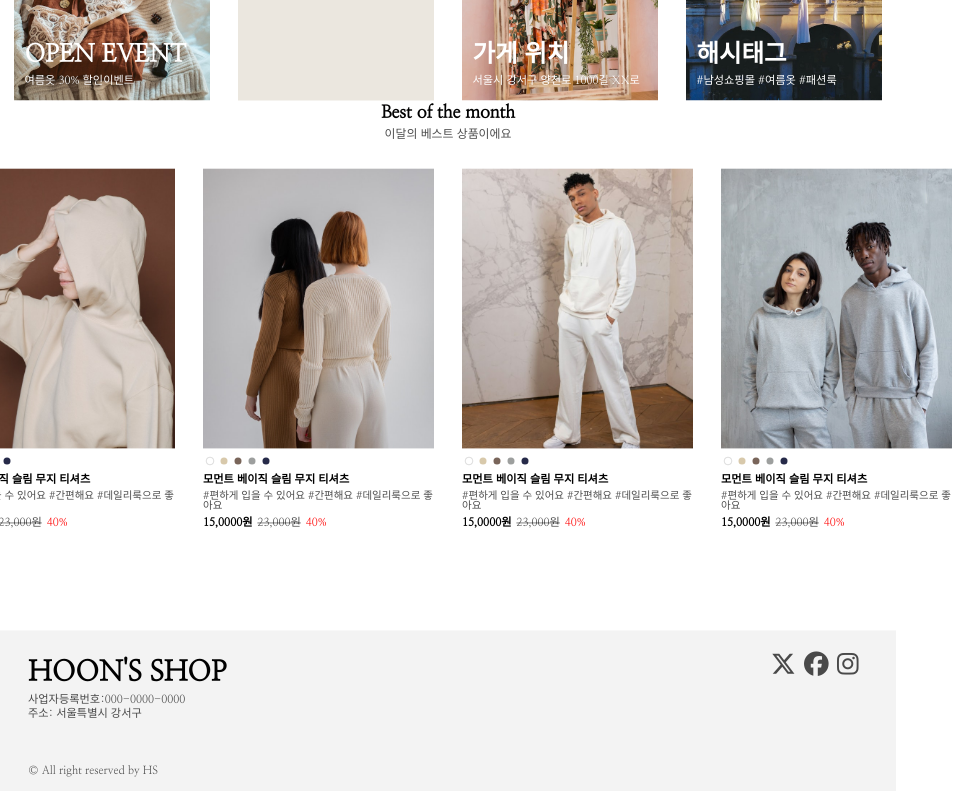
Repository: Iimchaehoon/cafeProject
Page: src/index.html
The author's editor kept a copy of each file at every save. The page is drawn from the files as they stood at one save, then again after the next save.
The browser window is 1280 px wide. The page is 1380 px wide, so the pictures cover 1380 px, including what lies to the right of the window. The pictures show the part of the page from y = 932 to 2692 px (the page is 2062 px tall before and 2692 px after), at 70% of full size.
Some web libraries are served in a nearby version.

Above is the page before, as saved 2024-07-29 21:28:35.

### src/index.html
<!DOCTYPE html>
<html lang="en">
  <head>
    <meta charset="UTF-8" />
    <meta name="viewport" content="width=device-width, initial-scale=1.0" />
    <link rel="shortcut icon" href="/assets/cafefav.png" type="image/x-icon" />
    <link rel="stylesheet" href="/src/css/pages/main.css" />
    <title>cafe24_clone</title>
    <script
      src="https://kit.fontawesome.com/1e606f2a97.js"
      crossorigin="anonymous"
    ></script>
  </head>
  <body>
    <!--header-->
    <header class="header">
      <div class="header__top">
        <nav class="header__nav-box">
          <ul class="header__list-box">
            <li class="header__content">BRAND</li>
            <li class="header__content">EVENT</li>
            <li class="header__content">LOOKBOOK</li>
            <li class="header__content">COMMUNITY</li>
          </ul>
        </nav>
        <h1 class="header__title">HOON'S SHOP</h1>
        <ul class="header__menu">
          <li class="header__content">
            <i class="fa-solid fa-magnifying-glass fa-lg"></i>
          </li>
          <li class="header__content header__content--badge-price">
            <div class="header__price-badge"><span>+2,000P</span></div>
            <a href="/login.html"><i class="fa-regular fa-user fa-lg"></i></a>
          </li>
          <li class="header__content header__content--badge-box">
            <div class="header__cart-badge"><span>2</span></div>
            <i class="fa-solid fa-cart-shopping fa-lg"></i>
          </li>
          <li class="header__content">
            <i class="fa-solid fa-bars fa-lg"></i>
          </li>
        </ul>
      </div>

      <div class="header__bottom">
        <ul class="header__category">
          <li class="header__content">BEST</li>
          <li class="header__content">NEW5%</li>
          <li class="header__content">1+1</li>
          <li class="header__content"><a href="/outer.html">OUTER</a></li>
          <li class="header__content">TOP</li>
          <li class="header__content">SHIRTS</li>
          <li class="header__content">DRESS</li>
          <li class="header__content">PANTS</li>
          <li class="header__content">ACC</li>
        </ul>
      </div>
    </header>
    <!-- main  -->
    <main class="main">
      <section class="main__slider">
        <h2 class="main__slider-title">MAN'S CLOTHES</h2>
        <span class="main__slider-btn"
          ><i class="fa-solid fa-chevron-left fa-xl"></i
        ></span>

        <div class="main__slider-container">
          <span class="main__slider-text">STYLE IN EVERY DAY</span>
          <div class="main__slider-image-container">
            <img
              class="main__slider-image"
              src="/assets/main-slider.jpg"
              alt="main-slider_img"
            />
          </div>
          <span class="main__slider-text">FOR SPRING SET-UP</span>
        </div>

        <span class="main__slider-btn"
          ><i class="fa-solid fa-chevron-right fa-xl"></i
        ></span>
        <div class="main__progress-bar">
          <div
            class="main__progress-bar-item main__progress-bar-item--visible"
          ></div>
          <div
            class="main__progress-bar-item main__progress-bar-item--invisible"
          ></div>
          <div
            class="main__progress-bar-item main__progress-bar-item--invisible"
          ></div>
        </div>
      </section>
    </main>
    <!-- section -->
    <section class="main__introduction">
      <div class="main__intro-container-img">
        <img class="main__intro-image" src="/assets/intro-01.jpg" alt="" />
        <div class="main__intro-text-container">
          <h2 class="main__intro-title">OPEN EVENT</h2>
          <span class="main__intro-description">여름옷 30% 할인이벤트</span>
        </div>
      </div>
      <div class="main__intro-container">
        <h2 class="main__intro-title main__intro-title-black">HOON'S SHOP</h2>
        <span class="main__intro-description main__intro-description-black"
          >남자들을 위한 최상의 브랜드샵</span
        >
      </div>
      <div class="main__intro-container-img">
        <img class="main__intro-image" src="/assets/intro-02.jpg" alt="" />

        <div class="main__intro-text-container">
          <h2 class="main__intro-title">가게 위치</h2>
          <span class="main__intro-description"
            >서울시 강서구 양천로 1000길 XX로</span
          >
        </div>
      </div>
      <div class="main__intro-container-img">
        <img class="main__intro-image" src="/assets/intro-03.jpg" alt="" />

        <div class="main__intro-text-container">
          <h2 class="main__intro-title">해시태그</h2>
          <span class="main__intro-description"
            >#남성쇼핑몰 #여름옷 #패션룩</span
          >
        </div>
      </div>
    </section>
    <!-- section2 -->
    <section class="main__product-list">
      <h3 class="main__product-list-title">Best of the month</h3>
      <span class="main__product-list-sub-title">이달의 베스트 상품이에요</span>
      <div class="main__product-list-sub-container">
        <article class="main__product-list-article">
          <div class="main__article-img-container">
            <img class="main__article-img" src="/assets/best-01.jpg" />
          </div>
          <div class="main__article-container">
            <div
              class="main__article-color-item main__article-color-item--01"
            ></div>
            <div
              class="main__article-color-item main__article-color-item--02"
            ></div>
            <div
              class="main__article-color-item main__article-color-item--03"
            ></div>
            <div
              class="main__article-color-item main__article-color-item--04"
            ></div>
            <div
              class="main__article-color-item main__article-color-item--05"
            ></div>
          </div>
          <div class="main__article-container">
            <h4 class="main__article-product-name">
              모먼트 베이직 슬림 무지 티셔츠
            </h4>
          </div>
          <div class="main__article-container">
            <span class="main__article-product-description">
              #편하게 입을 수 있어요 #간편해요 #데일리룩으로 좋아요
            </span>
          </div>
          <div class="main__article-container">
            <span class="main__article-total-price">15,0000원</span>
            <small class="main__article-previous-price">23,000원</small>
            <span class="main__article-discount-rate">40%</span>
          </div>
        </article>
        <article class="main__product-list-article">
          <div class="main__article-img-container">
            <img class="main__article-img" src="/assets/best-02.jpg" />
          </div>
          <div class="main__article-container">
            <div
              class="main__article-color-item main__article-color-item--01"
            ></div>
            <div
              class="main__article-color-item main__article-color-item--02"
            ></div>
            <div
              class="main__article-color-item main__article-color-item--03"
            ></div>
            <div
              class="main__article-color-item main__article-color-item--04"
            ></div>
            <div
              class="main__article-color-item main__article-color-item--05"
            ></div>
          </div>
          <div class="main__article-container">
            <h4 class="main__article-product-name">
              모먼트 베이직 슬림 무지 티셔츠
            </h4>
          </div>
          <div class="main__article-container">
            <span class="main__article-product-description">
              #편하게 입을 수 있어요 #간편해요 #데일리룩으로 좋아요
            </span>
          </div>
          <div class="main__article-container">
            <span class="main__article-total-price">15,0000원</span>
            <small class="main__article-previous-price">23,000원</small>
            <span class="main__article-discount-rate">40%</span>
          </div>
        </article>
        <article class="main__product-list-article">
          <div class="main__article-img-container">
            <img class="main__article-img" src="/assets/best-04.jpg" />
          </div>
          <div class="main__article-container">
            <div
              class="main__article-color-item main__article-color-item--01"
            ></div>
            <div
              class="main__article-color-item main__article-color-item--02"
            ></div>
            <div
              class="main__article-color-item main__article-color-item--03"
            ></div>
            <div
              class="main__article-color-item main__article-color-item--04"
            ></div>
            <div
              class="main__article-color-item main__article-color-item--05"
            ></div>
          </div>
          <div class="main__article-container">
            <h4 class="main__article-product-name">
              모먼트 베이직 슬림 무지 티셔츠
            </h4>
          </div>
          <div class="main__article-container">
            <span class="main__article-product-description">
              #편하게 입을 수 있어요 #간편해요 #데일리룩으로 좋아요
            </span>
          </div>
          <div class="main__article-container">
            <span class="main__article-total-price">15,0000원</span>
            <small class="main__article-previous-price">23,000원</small>
            <span class="main__article-discount-rate">40%</span>
          </div>
        </article>
        <article class="main__product-list-article">
          <div class="main__article-img-container">
            <img class="main__article-img" src="/assets/best-05.jpg" />
          </div>
          <div class="main__article-container">
            <div
              class="main__article-color-item main__article-color-item--01"
            ></div>
            <div
              class="main__article-color-item main__article-color-item--02"
            ></div>
            <div
              class="main__article-color-item main__article-color-item--03"
            ></div>
            <div
              class="main__article-color-item main__article-color-item--04"
            ></div>
            <div
              class="main__article-color-item main__article-color-item--05"
            ></div>
          </div>
          <div class="main__article-container">
            <h4 class="main__article-product-name">
              모먼트 베이직 슬림 무지 티셔츠
            </h4>
          </div>
          <div class="main__article-container">
            <span class="main__article-product-description">
              #편하게 입을 수 있어요 #간편해요 #데일리룩으로 좋아요
            </span>
          </div>
          <div class="main__article-container">
            <span class="main__article-total-price">15,0000원</span>
            <small class="main__article-previous-price">23,000원</small>
            <span class="main__article-discount-rate">40%</span>
          </div>
        </article>
      </div>
    </section>
    <!-- footer -->
    <footer class="footer">
      <div class="footer_sub-box">
        <span class="footer_title">HOON'S SHOP</span>
        <small class="footer_text">사업자등록번호:000-0000-0000</small>
        <small class="footer_text">주소: 서울특별시 강서구</small>
        <small class="footer_text footer_copy-right"
          >&copy; All right reserved by HS</small
        >
      </div>
      <div class="footer_sub-box footer__social-box">
        <span class="footer_text">
          <i class="fa-brands fa-x-twitter fa-2xl"></i>
        </span>
        <span class="footer_text">
          <i class="fa-brands fa-facebook fa-2xl"></i>
        </span>
        <span class="footer_text">
          <i class="fa-brands fa-instagram fa-2xl"></i>
        </span>
      </div>
    </footer>
  </body>
</html>

### src/css/pages/main.css
@import "../reset.css";
@import "../common.css";
@import "../components/header.css";
@import "../slider.css";
@import "../intro.css";
@import "../components/product-list.css";
@import "../components/footer.css";

### src/css/common.css
@import url("https://fonts.googleapis.com/css2?family=Nanum+Gothic&family=Nanum+Myeongjo&display=swap");
body {
  font-family: "Nanum Myeongjo", serif;
  margin: 0;
  padding: 0;
  box-sizing: border-box;
  padding-bottom: 300px;
  position: relative;
}
ul {
  margin: 0;
}

### src/css/components/header.css
.header {
  height: 20vh;
}
.header__top {
  display: flex;
  justify-content: space-between;
  padding: 20px;
  border-bottom: 1px solid rgba(0, 0, 0, 0.2);
}
.header__nav-box {
  width: 33%;
}
.header__title {
  width: 33%;
  font-size: 35px;
  font-weight: 550;
  text-align: center;
}

.header__list-box {
  display: flex;

  height: 100%;
  align-items: center;
}
.header__menu {
  display: flex;
  align-items: center;
  justify-content: flex-end;

  width: 33%;
}
.header__content {
  margin: 0 20px;
}
.header__content a {
  color: black;
  text-decoration: none;
}
.header__content a {
  color: black;
}
/* 아래헤더 */
.header__category {
  display: flex;
  justify-content: center;
  padding: 20px 0;
}
.header__cart-badge {
  background-color: black;
  display: flex;
  justify-content: center;
  align-items: center;
  border-radius: 100%;
  width: 13px;
  height: 13px;
  padding: 2px;
  position: absolute;
  top: -13px;
  right: -13px;
}
.header__content--badge-box {
  position: relative;
}
.header__cart-badge span {
  color: white;
}
.header__content--badge-price {
  position: relative;
}
.header__price-badge {
  background-color: #d5d3cd;
  color: white;
  display: flex;
  justify-content: center;
  align-items: center;
  font-size: 13px;
  border-radius: 5px;
  padding: 2px 4px;
  position: absolute;
  left: 50%;
  transform: translateX(-50%);
  bottom: -20px;
}

### src/css/slider.css
.main__slider {
  display: flex;
  justify-content: space-between;
  align-items: center;
  padding: 30px;
  background-color: #6b6a68;
  position: relative;
  height: 80vh;
  box-sizing: border-box;
}

.main__slider-btn {
  transform: scale(1.5);
  color: white;
}

.main__slider-text {
  color: white;
  font-size: 25px;
  text-shadow: 1px 1px 5px black;
}

.main__slider-container {
  display: flex;
  flex-direction: column;
  align-items: center;
}
.main__slider-image-container {
  width: 300px;
  height: 400px;

  border-top-left-radius: 50%;
  border-top-right-radius: 50%;

  overflow: hidden;
  margin: 15px 0;
}
.main__slider-image {
  width: 100%;
  height: 100%;
  object-fit: cover;
}
.main__slider-title {
  color: white;
  font-weight: 600;
  font-size: 60px;
  text-shadow: 1px 1px 3px black;
  position: absolute;
  top: 50%;
  left: 50%;
  transform: translate(-50%, -50%);
}
.main__progress-bar {
  width: 150px;
  height: 3px;

  position: absolute;
  bottom: 20px;
  left: 50%;
  transform: translateX(-50%);
  display: flex;
}
.main__progress-bar-item {
  height: 100%;
  background-color: white;
  margin: 0 2px;
}
.main__progress-bar-item--visible {
  width: 50%;
}
.main__progress-bar-item--invisible {
  width: 25%;
  opacity: 0.5;
}

### src/css/intro.css
.main__introduction {
  display: flex;
  justify-content: center;
  align-items: center;
  height: 50vh;
}
.main__intro-container-img,
.main__intro-container {
  width: 350px;
  height: 350px;
  overflow: hidden;
  margin: 0 20px;
}
.main__intro-container {
  display: flex;
  flex-direction: column;
  justify-content: center;
  align-items: center;
  background-color: #ebe7df;
}
.main__intro-image {
  width: 100%;
  height: 100%;
  object-fit: cover;
}

.main__intro-container-img {
  position: relative;
}
.main__intro-text-container {
  position: absolute;
  bottom: 20px;
  left: 15px;
}
.main__intro-title {
  color: white;
  font-size: 35px;
  font-weight: 600;
  margin-bottom: 12px;
}
.main__intro-description {
  color: white;
}
.main__intro-title-black {
  color: black;
}
.main__intro-description-black {
  color: black;
}

### src/css/components/product-list.css
.main__product-list {
  display: flex;
  flex-direction: column;
  align-items: center;
}
.main__product-list-title {
  font-size: 25px;
  font-weight: 600;
  margin-bottom: 10px;
}
.main__product-list-sub-title {
  font-size: 17px;
  color: rgba(0, 0, 0, 0.7);
}
.main__product-list-sub-container {
  display: flex;
  margin: 40px 0;
}
.main__product-list-article {
  width: 330px;
  height: 550px;
  overflow: hidden;
  margin: 0 20px;
}
.main__article-img-container {
  width: 100%;
  height: 400px;
}
.main__article-img {
  width: 100%;
  height: 100%;
  object-fit: cover;
}
.main__article-container {
  display: flex;
  margin: 8px 0;
}
.main__article-color-item {
  width: 10px;
  height: 10px;
  border-radius: 100%;

  margin: 5px;
}
.main__article-color-item--01 {
  outline: 1px solid rgba(0, 0, 0, 0.2);
}
.main__article-color-item--02 {
  background-color: #d8c9ab;
}
.main__article-color-item--03 {
  background-color: #79655a;
}
.main__article-color-item--04 {
  background-color: #9d9f9e;
}
.main__article-color-item--05 {
  background-color: #262a49;
}
.main__article-product-name {
  font-weight: 600;
}
.main__article-product-description {
  font-size: 15px;
  color: rgba(0, 0, 0, 0.7);
}
.main__article-total-price {
  font-weight: 600;
  margin-right: 7px;
}
.main__article-previous-price {
  color: rgba(0, 0, 0, 0.7);
  text-decoration: line-through;
  margin-right: 7px;
}
.main__article-discount-rate {
  color: red;
}

### src/css/components/footer.css
.footer {
  position: absolute;
  bottom: 0;
  height: 230px;
  width: 100%;
  background-color: #f1f1f1d6;
  display: flex;
}

.footer_sub-box {
  width: 50%;
  height: 100%;
  display: flex;
  flex-direction: column;
  padding: 40px;
  box-sizing: border-box;
}
.footer_copy-right {
  position: relative;
  bottom: -60px;
}

.footer_title {
  font-size: 40px;
  font-weight: 600;
  margin-bottom: 10px;
}
.footer_text {
  color: rgba(0, 0, 0, 0.7);
  margin-bottom: 5px;
}
.footer__social-box {
  flex-direction: row;
  justify-content: flex-end;
}
.footer_text i {
  transform: scale(1.1);
  margin-right: 15px;
}

Loaded but not shown: src/css/reset.css (common file)

After the next save:
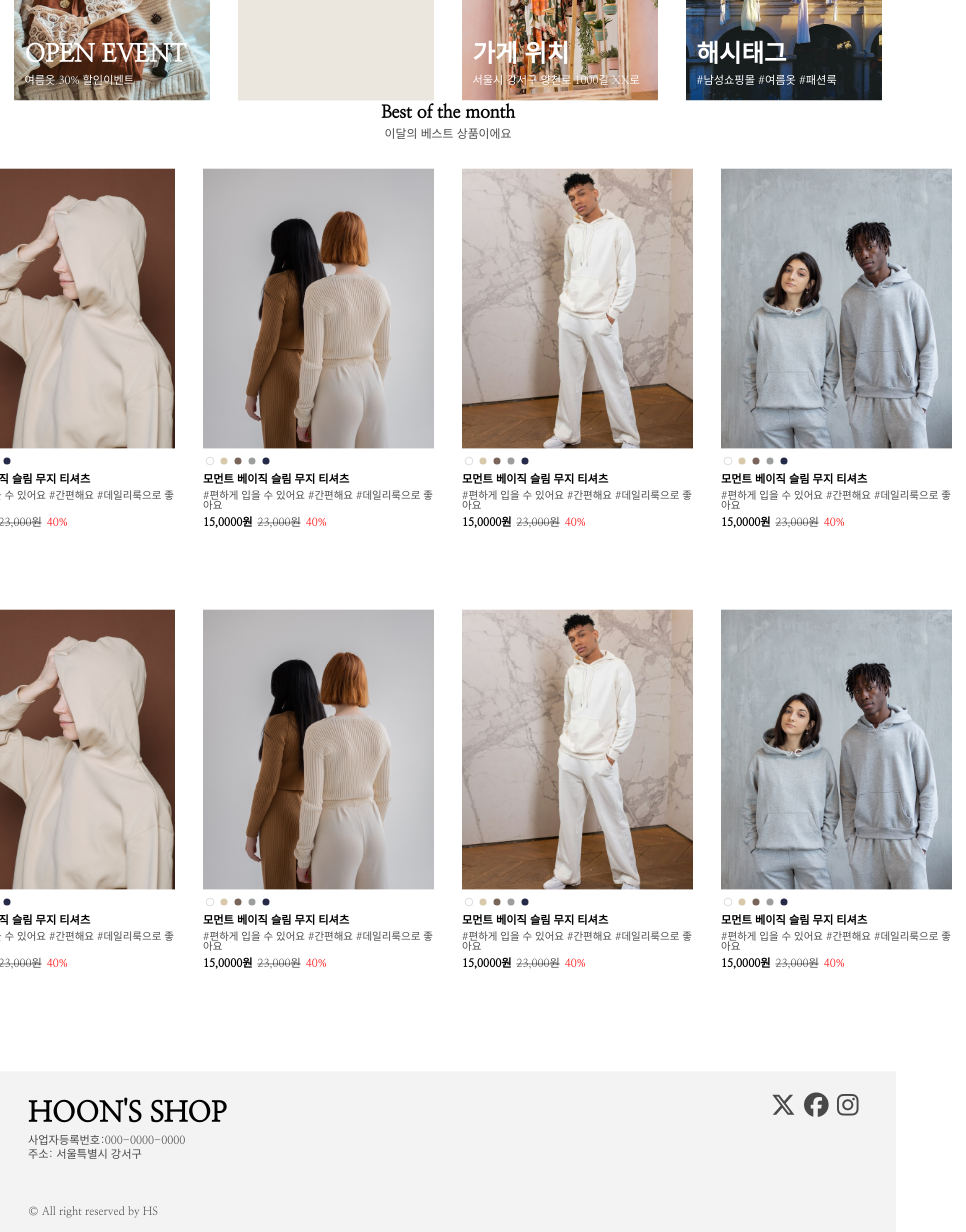
Saved 3 min 12 s later.
--- a/src/index.html
+++ b/src/index.html
@@ -282,6 +282,156 @@
           </div>
         </article>
       </div>
+      <div class="main__product-list-sub-container">
+        <article class="main__product-list-article">
+          <div class="main__article-img-container">
+            <img class="main__article-img" src="/assets/best-01.jpg" />
+          </div>
+          <div class="main__article-container">
+            <div
+              class="main__article-color-item main__article-color-item--01"
+            ></div>
+            <div
+              class="main__article-color-item main__article-color-item--02"
+            ></div>
+            <div
+              class="main__article-color-item main__article-color-item--03"
+            ></div>
+            <div
+              class="main__article-color-item main__article-color-item--04"
+            ></div>
+            <div
+              class="main__article-color-item main__article-color-item--05"
+            ></div>
+          </div>
+          <div class="main__article-container">
+            <h4 class="main__article-product-name">
+              모먼트 베이직 슬림 무지 티셔츠
+            </h4>
+          </div>
+          <div class="main__article-container">
+            <span class="main__article-product-description">
+              #편하게 입을 수 있어요 #간편해요 #데일리룩으로 좋아요
+            </span>
+          </div>
+          <div class="main__article-container">
+            <span class="main__article-total-price">15,0000원</span>
+            <small class="main__article-previous-price">23,000원</small>
+            <span class="main__article-discount-rate">40%</span>
+          </div>
+        </article>
+        <article class="main__product-list-article">
+          <div class="main__article-img-container">
+            <img class="main__article-img" src="/assets/best-02.jpg" />
+          </div>
+          <div class="main__article-container">
+            <div
+              class="main__article-color-item main__article-color-item--01"
+            ></div>
+            <div
+              class="main__article-color-item main__article-color-item--02"
+            ></div>
+            <div
+              class="main__article-color-item main__article-color-item--03"
+            ></div>
+            <div
+              class="main__article-color-item main__article-color-item--04"
+            ></div>
+            <div
+              class="main__article-color-item main__article-color-item--05"
+            ></div>
+          </div>
+          <div class="main__article-container">
+            <h4 class="main__article-product-name">
+              모먼트 베이직 슬림 무지 티셔츠
+            </h4>
+          </div>
+          <div class="main__article-container">
+            <span class="main__article-product-description">
+              #편하게 입을 수 있어요 #간편해요 #데일리룩으로 좋아요
+            </span>
+          </div>
+          <div class="main__article-container">
+            <span class="main__article-total-price">15,0000원</span>
+            <small class="main__article-previous-price">23,000원</small>
+            <span class="main__article-discount-rate">40%</span>
+          </div>
+        </article>
+        <article class="main__product-list-article">
+          <div class="main__article-img-container">
+            <img class="main__article-img" src="/assets/best-04.jpg" />
+          </div>
+          <div class="main__article-container">
+            <div
+              class="main__article-color-item main__article-color-item--01"
+            ></div>
+            <div
+              class="main__article-color-item main__article-color-item--02"
+            ></div>
+            <div
+              class="main__article-color-item main__article-color-item--03"
+            ></div>
+            <div
+              class="main__article-color-item main__article-color-item--04"
+            ></div>
+            <div
+              class="main__article-color-item main__article-color-item--05"
+            ></div>
+          </div>
+          <div class="main__article-container">
+            <h4 class="main__article-product-name">
+              모먼트 베이직 슬림 무지 티셔츠
+            </h4>
+          </div>
+          <div class="main__article-container">
+            <span class="main__article-product-description">
+              #편하게 입을 수 있어요 #간편해요 #데일리룩으로 좋아요
+            </span>
+          </div>
+          <div class="main__article-container">
+            <span class="main__article-total-price">15,0000원</span>
+            <small class="main__article-previous-price">23,000원</small>
+            <span class="main__article-discount-rate">40%</span>
+          </div>
+        </article>
+        <article class="main__product-list-article">
+          <div class="main__article-img-container">
+            <img class="main__article-img" src="/assets/best-05.jpg" />
+          </div>
+          <div class="main__article-container">
+            <div
+              class="main__article-color-item main__article-color-item--01"
+            ></div>
+            <div
+              class="main__article-color-item main__article-color-item--02"
+            ></div>
+            <div
+              class="main__article-color-item main__article-color-item--03"
+            ></div>
+            <div
+              class="main__article-color-item main__article-color-item--04"
+            ></div>
+            <div
+              class="main__article-color-item main__article-color-item--05"
+            ></div>
+          </div>
+          <div class="main__article-container">
+            <h4 class="main__article-product-name">
+              모먼트 베이직 슬림 무지 티셔츠
+            </h4>
+          </div>
+          <div class="main__article-container">
+            <span class="main__article-product-description">
+              #편하게 입을 수 있어요 #간편해요 #데일리룩으로 좋아요
+            </span>
+          </div>
+          <div class="main__article-container">
+            <span class="main__article-total-price">15,0000원</span>
+            <small class="main__article-previous-price">23,000원</small>
+            <span class="main__article-discount-rate">40%</span>
+          </div>
+        </article>
+      </div>
     </section>
     <!-- footer -->
     <footer class="footer">
